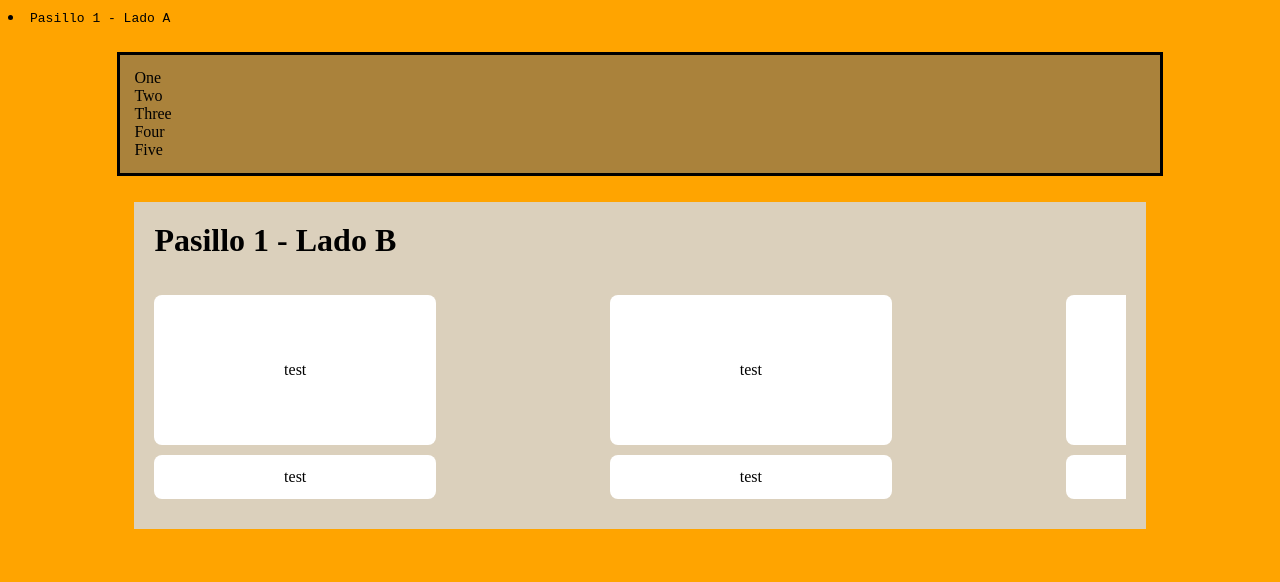
Repository: Franzcod/DepoStock_Web
Page: index.html
These files come from the project's save history. The page is drawn as it stood at one moment and after the next save; the edit follows.
The browser window is 1280 px wide. The pictures show the whole page.

Above is the page before, as saved 2020-06-07 02:29:22.
Console error: ReferenceError: ur is not defined

### index.html
<!DOCTYPE html>
<html lang="en">
<head>
    <meta charset="UTF-8">
    <meta name="viewport" content="width=device-width, initial-scale=1.0">
    <title>Deposito Probusol</title>

    <link rel="stylesheet" href="estilo/estilo.css">
</head>
<body>

    <li><code>Pasillo 1 - Lado A</code>
        <div id="div2">
            <div class="wrapper">
                <div class="box1">One</div>
                <div class="box2">Two</div>
                <div class="box3">Three</div>
                <div class="box4">Four</div>
                <div class="box5">Five</div>
            </div>
        </div>
    </li>

    <div class="app">
        <h1>Pasillo 1 - Lado B</h1>

        <ul class="hs">
            <li class="item">test</li>
            <li class="item">test</li>
            <li class="item">test</li>
            <li class="item">test</li>
            <li class="item">test</li>
            <li class="item">test</li>
            <li class="item">test</li>
            <li class="item">test</li>
            <li class="item">test</li>
            <li class="item">test</li>
            <li class="item">test</li>
            <li class="item">test</li>
            <li class="item">test</li>
            <li class="item">test</li>
            <li class="item">test</li>
            <li class="item">test</li>
            <li class="item">test</li>
            <li class="item">test</li>
            <li class="item">test</li>
            <li class="item">test</li>
            <li class="item">test</li>
            <li class="item">test</li>
            <li class="item">test</li>
            <li class="item">test</li>
        </ul>

        <!-- <div class="container">
            <div class="item">
            <h3>Block for context</h3>
            </div>
        </div> -->
    </div>






    <script>ur</script>

</body>







</html>

### estilo/estilo.css
html{
    background-color: rgba(255, 164, 0, 1);
}

#div2 {
    border: 3px solid black;
    width:  80%;
    height: 40%;
    margin: 2vw auto;
    padding: 2vh 2vh;
    background-color: rgba(105, 105, 105, 0.565);
}

#div2 { overflow-x: scroll;}

:root {
--gutter: 20px;
}

.app {
padding: var(--gutter) 0;
display: grid;
grid-gap: var(--gutter) 0;
grid-template-columns: var(--gutter) 1fr var(--gutter);
align-content: start;
}

.app > * {
grid-column: 2 / 2;
}

.app > .full {
grid-column: 1 / -1;
}

.hs {
display: grid;
grid-gap: calc(var(--gutter) / 2);
grid-template-columns: repeat(15, calc(50% - var(--gutter) * 2));
grid-template-rows: minmax(150px, 1fr);

overflow-x: scroll;
/* scroll-snap-type: x proximity; */
padding-bottom: calc(.75 * var(--gutter));
margin-bottom: calc(-.25 * var(--gutter));
}

/* Demo styles */

ul {
list-style: none;
padding: 0;
}

h1,
h2,
h3 {
margin: 0;
}

.app {
width: 80%;
height: 667px;
background: #DBD0BC;
overflow-y: scroll;
margin: 2vw auto;
height: 40%;
}

.hs > li,
.item {
scroll-snap-align: center;
padding: 1vw 1vw;
display: flex;
flex-direction: column;
justify-content: center;
align-items: center;
background: #fff;
border-radius: 8px;
width: 20vw;
}

After the next save:
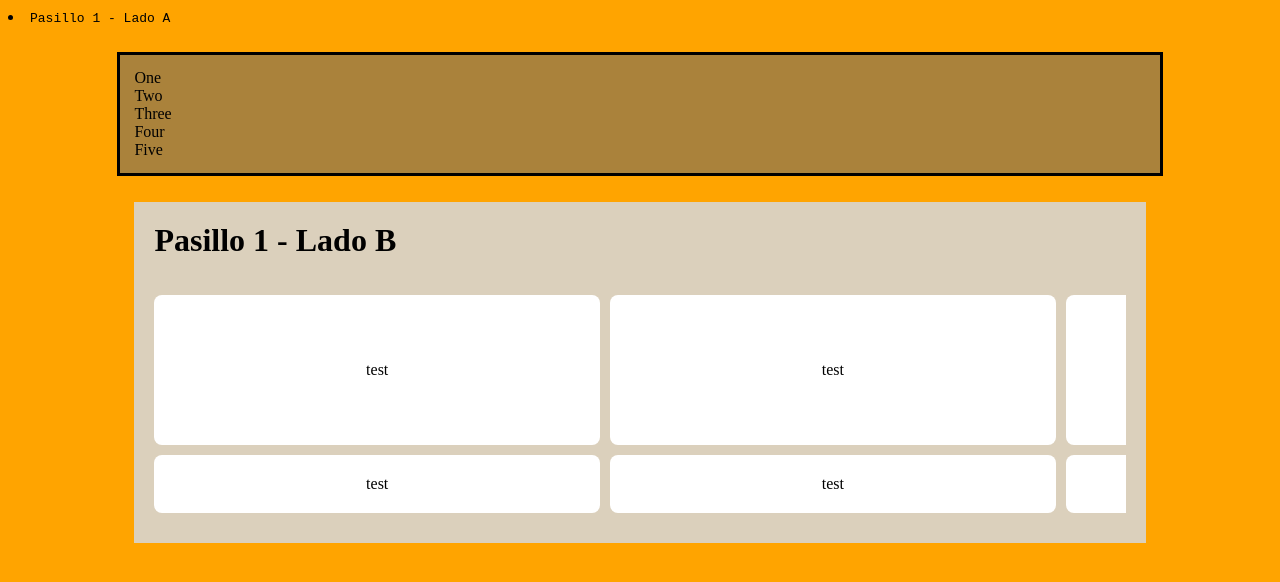
Saved 42 s later.
--- a/estilo/estilo.css
+++ b/estilo/estilo.css
@@ -70,12 +70,11 @@ height: 40%;
 .hs > li,
 .item {
 scroll-snap-align: center;
-padding: 1vw 1vw;
+padding: calc(var(--gutter) / 1 );
 display: flex;
 flex-direction: column;
 justify-content: center;
 align-items: center;
 background: #fff;
 border-radius: 8px;
-width: 20vw;
 }
